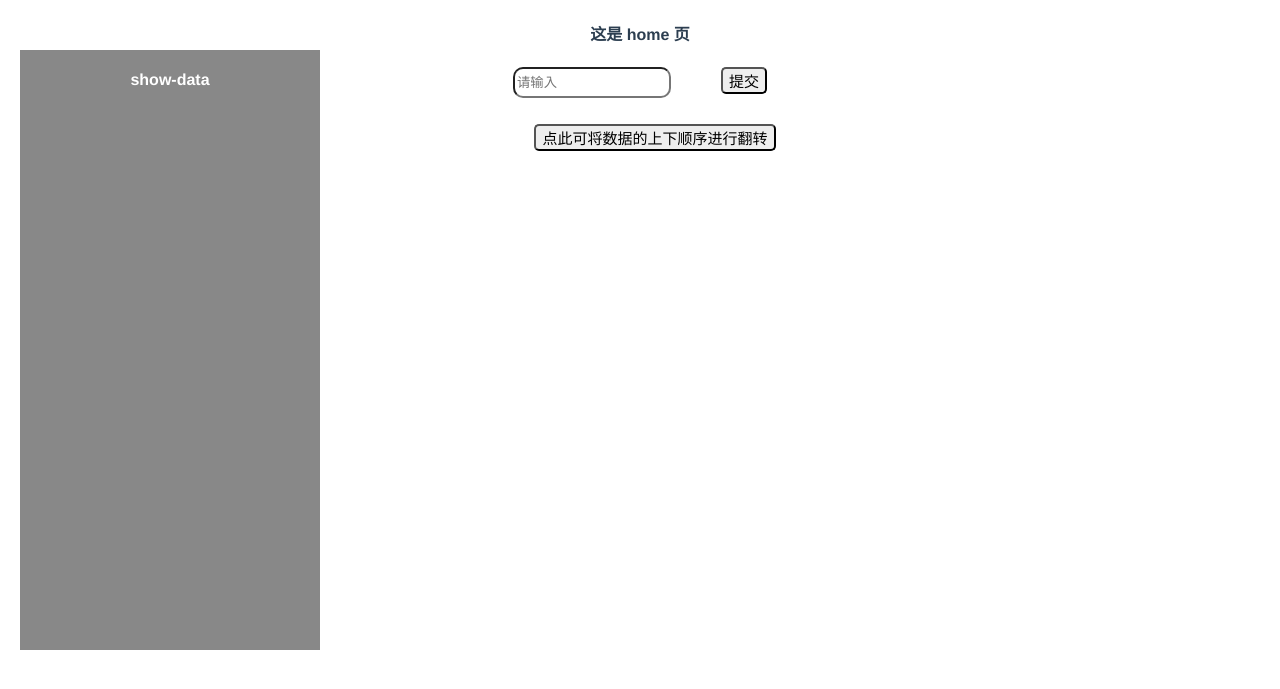
Repository: z-xy-git/demofirst
Page: /
These files come from the project's save history. The page is drawn as it stood at one moment and after the next save; the edit follows.
The browser window is 1280 px wide. The pictures show the whole page.
The project was rebuilt for these pictures with package versions that can differ from the ones it lists, and the page was loaded fresh each time.

Above is the page before, as saved 2021-02-25 15:44:48.

After the next save:
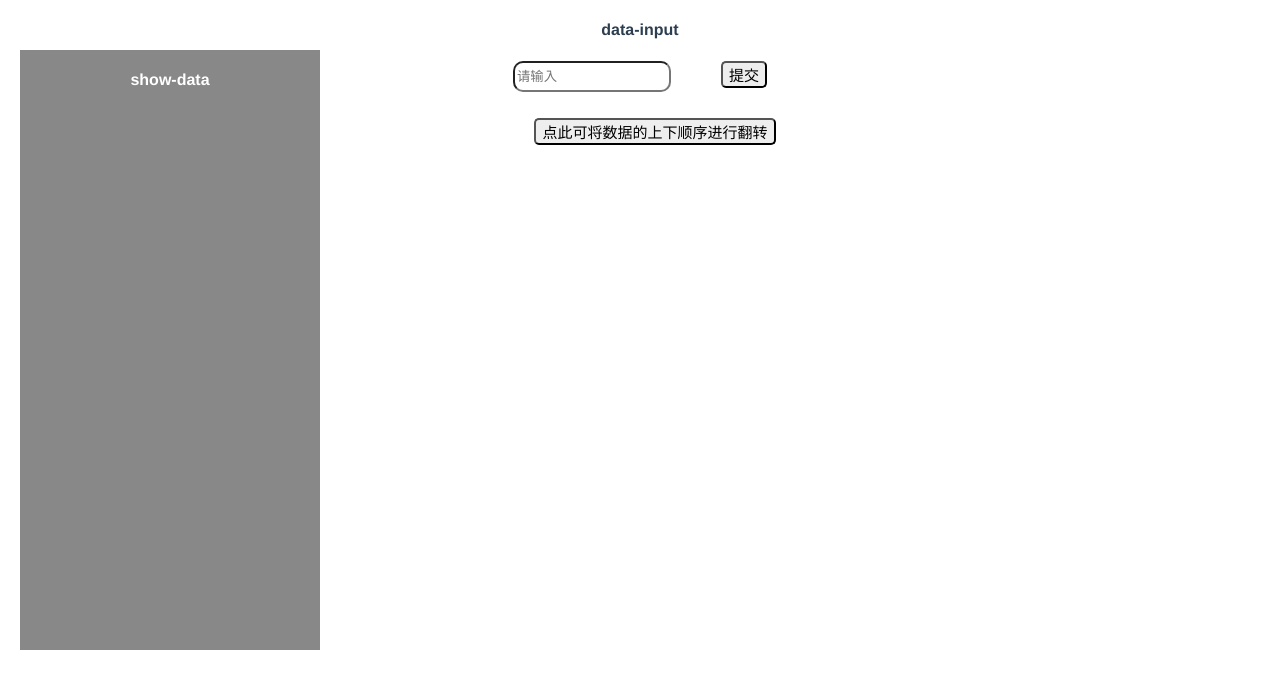
Saved 8 min 8 s later.
--- a/src/views/Home.vue
+++ b/src/views/Home.vue
@@ -1,6 +1,6 @@
 <template>
   <div class="home">
-    <h4>这是 home 页</h4>
+    <h4>data-input</h4>
     <input type="text" v-model="inputData" placeholder="请输入" class="input-style">
     <button @click="btnclick" class="btn-style">提交</button>
     <div>
@@ -28,9 +28,6 @@ export default {
   },
   methods:{
     btnclick() {
-      // this.$router.push('/about');
-      // console.log(this.inputData);
-      // this.inputDataArr.push(this.inputData);
       this.$store.state.dataArr.push(this.inputData);
     },
     reverseItemData(){
